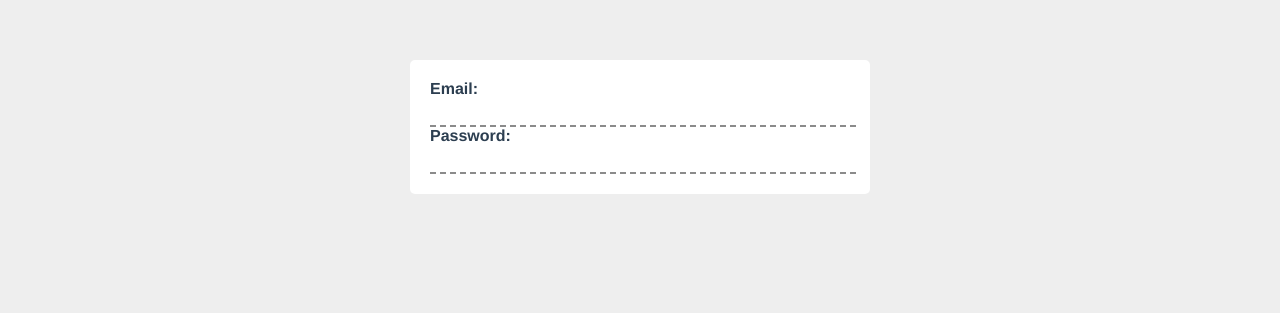
Repository: technogize/vue-forms
Page: /
An editor plug-in stored every save of this project. The page is shown before and after the next save, followed by the edit.
The browser window is 1280 px wide. The pictures show the whole page.
The project was rebuilt for these pictures with package versions that can differ from the ones it lists, and the page was loaded fresh each time.

Above is the page before, as saved 2021-02-26 14:17:05.

After the next save:
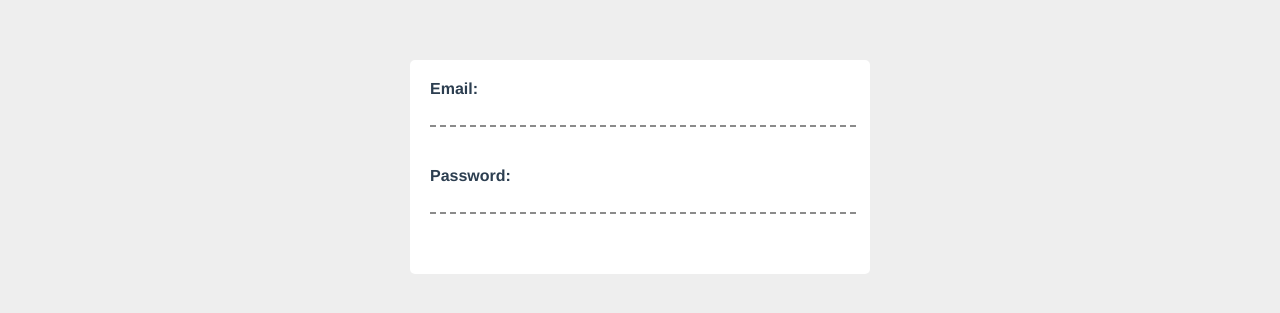
Saved 15 s later.
--- a/src/components/SignupForm.vue
+++ b/src/components/SignupForm.vue
@@ -50,4 +50,8 @@ export default {
     outline: none;
     border-bottom: 2px solid rgb(139, 139, 139);
   }
+
+  .field {
+    margin-bottom: 40px;
+  }
 </style>
